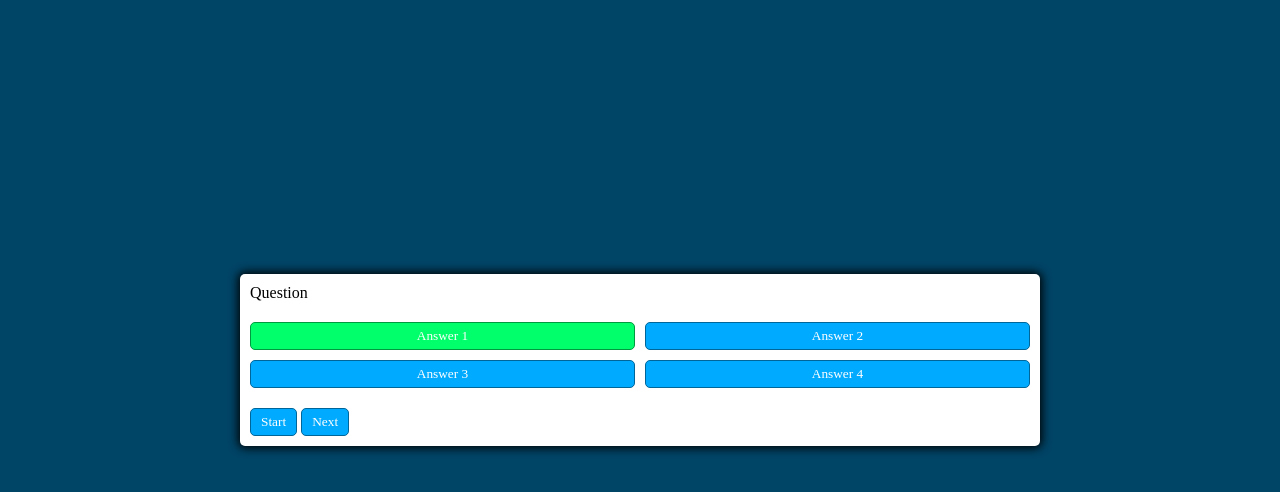
Repository: DaNiels89/quiz-js
Page: index.html
An editor plug-in stored every save of this project. The page is shown before and after a run of saves, followed by the edit.
The browser window is 1280 px wide. The pictures show the whole page.

Above is the page before, as saved 2020-06-22 09:51:46.

After the next 2 saves:
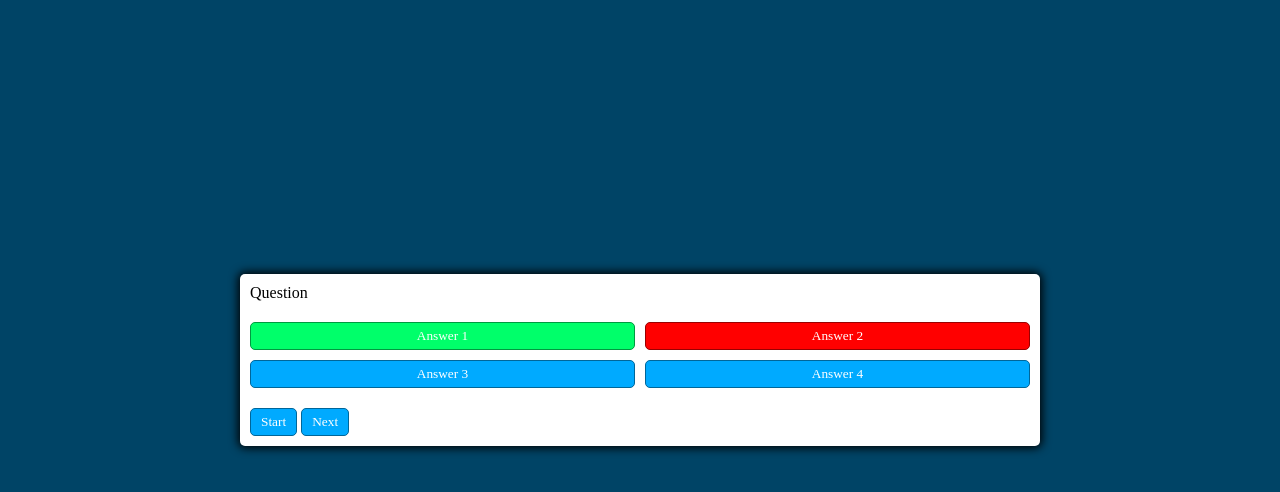
The 2 saves are shown as one change because they came seconds apart.
The last was saved 12 s later.
--- a/css/styles.css
+++ b/css/styles.css
@@ -63,6 +63,6 @@ body.wrong {
     --hue: var(--hue-correct)
 }
 
-body.wrong {
+.btn.wrong {
     --hue: var(--hue-wrong);
 }
